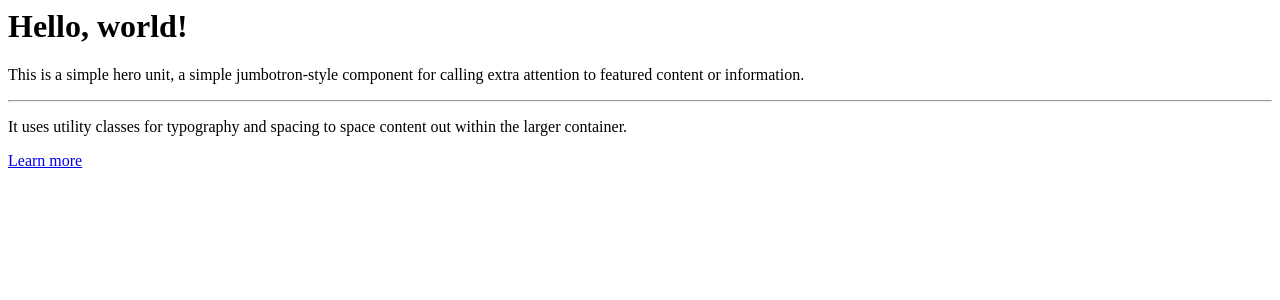
Repository: glennDufraing/examen-webtech-Mod
Page: examenFilms/app/_attachments/assets/views/home.html
These files come from the project's save history. The page is drawn as it stood at one moment and after the next save; the edit follows.
The browser window is 1280 px wide. The pictures show the whole page.

Above is the page before, as saved 2017-11-08 14:06:00.

### examenFilms/app/_attachments/assets/views/home.html
<div class="jumbotron">
  <h1 class="display-3">Hello, world!</h1>
  <p class="lead">This is a simple hero unit, a simple jumbotron-style component for calling extra attention to featured content or information.</p>
  <hr class="m-y-2">
  <p>It uses utility classes for typography and spacing to space content out within the larger container.</p>
  <p class="lead">
    <a class="btn btn-primary btn-lg" href="#" role="button">Learn more</a>
  </p>
</div>

After the next save:
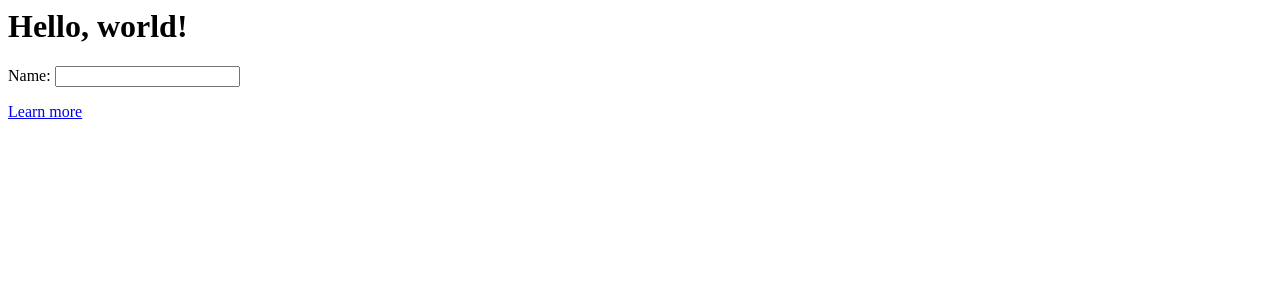
Saved 3 min 50 s later.
--- a/examenFilms/app/_attachments/assets/views/home.html
+++ b/examenFilms/app/_attachments/assets/views/home.html
@@ -1,8 +1,9 @@
 <div class="jumbotron">
   <h1 class="display-3">Hello, world!</h1>
-  <p class="lead">This is a simple hero unit, a simple jumbotron-style component for calling extra attention to featured content or information.</p>
-  <hr class="m-y-2">
-  <p>It uses utility classes for typography and spacing to space content out within the larger container.</p>
+  <div class="form-group">
+  <label for="usr">Name:</label>
+  <input type="text" class="form-control" id="usr">
+</div>
   <p class="lead">
     <a class="btn btn-primary btn-lg" href="#" role="button">Learn more</a>
   </p>
